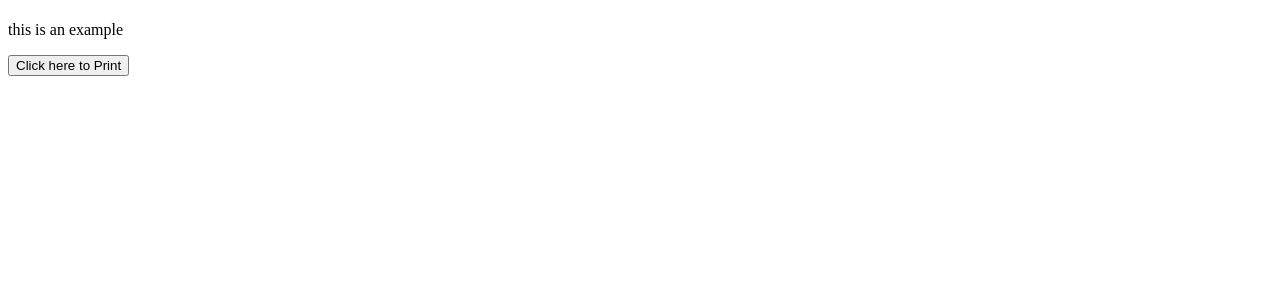
Repository: phulkeshwarmahto/CompleteJS
Page: index.html
These files come from the project's save history. The page is drawn as it stood at one moment and after a run of saves; the edit follows.
The browser window is 1280 px wide. The pictures show the whole page.

Above is the page before, as saved 2025-06-24 16:18:42.

After the next 2 saves:
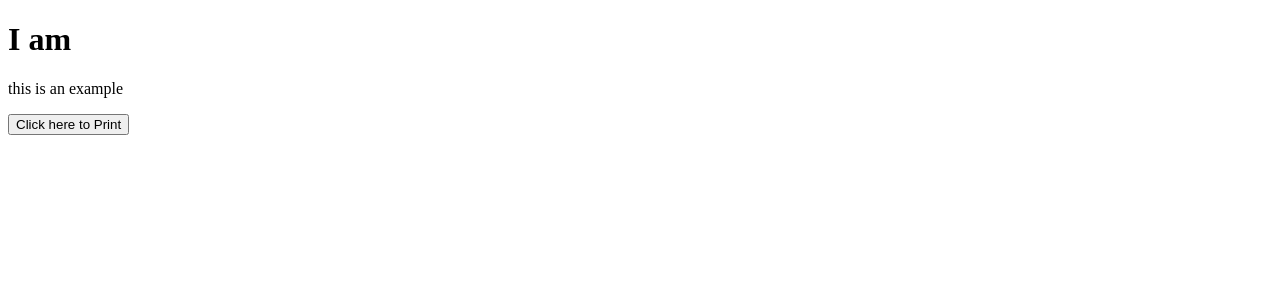
The 2 saves are shown as one change because they came seconds apart.
The last was saved 14 s later.
--- a/index.html
+++ b/index.html
@@ -6,7 +6,7 @@
     <title>Document</title>
 </head>
 <body>
-    <h1 id="myH"></h1>
+    <h1 id="myH">I am </h1>
     <p id="myP">this is an example</p>
     <button onclick="window.print()">
           Click here to Print
